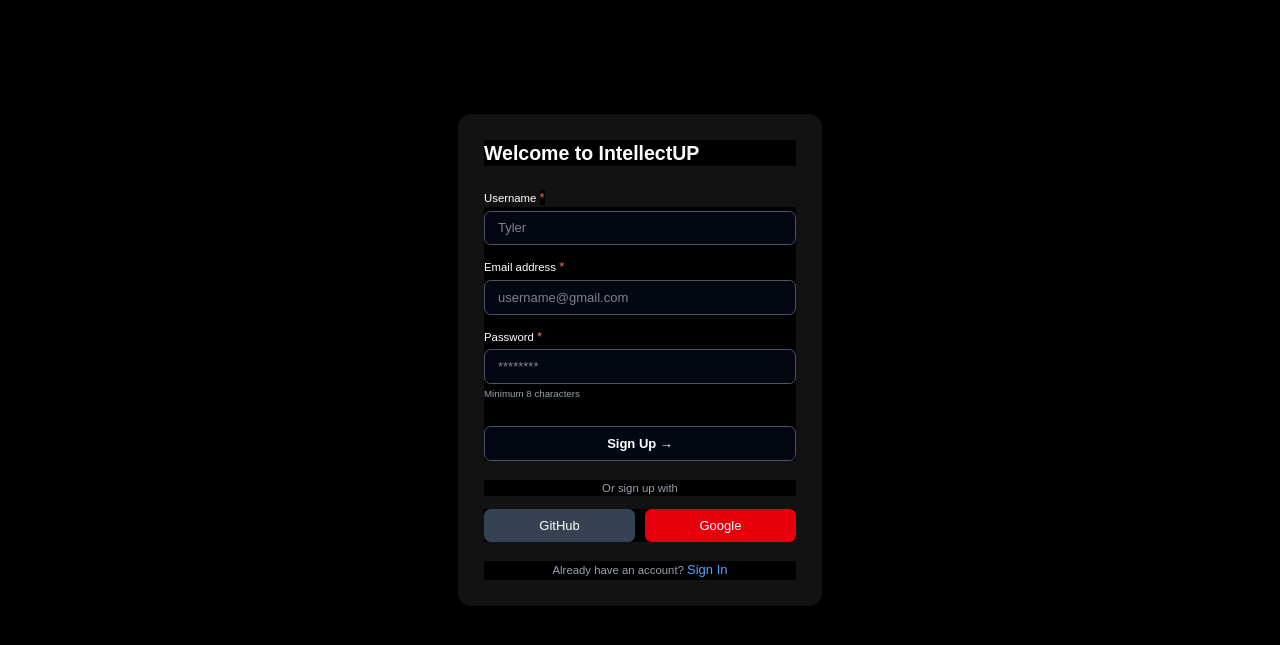
Repository: Meruem09/Briskly
Page: / (app in briskly/)
The author's editor kept a copy of each file at every save. The page is drawn from the files as they stood at one save, then again after the next save.
The browser window is 1280 px wide. The pictures show the whole page.
The page's requests for data from a server got no answer. The project was rebuilt for these pictures with package versions that can differ from the ones it lists, and the page was loaded fresh each time. Some packages were replaced by stand-ins written for this rebuild. No one was signed in, and anything a server would have sent is missing. Also part of the build but not shown: briskly/vite.config.js, briskly/src/component/SIgnInPage.jsx, briskly/src/component/Main.jsx, briskly/src/component/OnBoarding.jsx.

Above is the page before, as saved 2025-07-08 16:45:26.

After the next save:
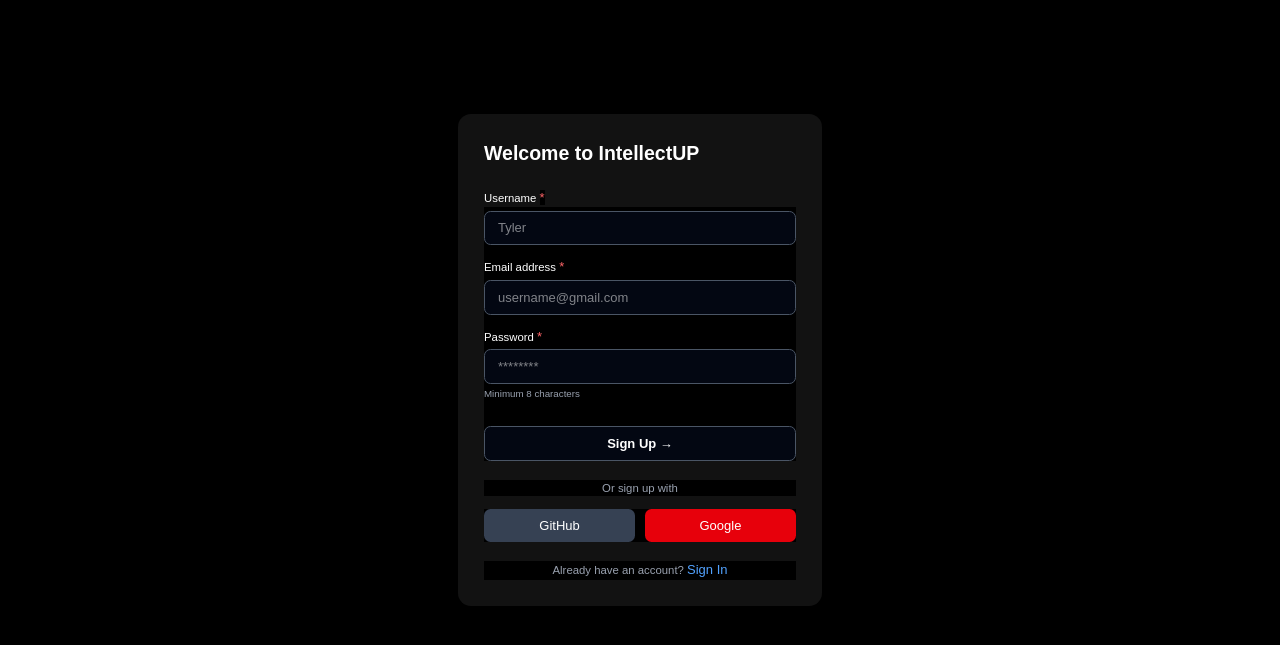
Saved 11 s later.
--- a/briskly/src/component/SignUpPage.jsx
+++ b/briskly/src/component/SignUpPage.jsx
@@ -203,7 +203,7 @@
   return (
     <div className="min-h-screen flex items-center justify-center bg-black text-white px-4">
       <div className="w-full max-w-md bg-[#121212] p-8 rounded-2xl shadow-lg">
-        <h2 className="text-2xl font-bold mb-1">Welcome to IntellectUP</h2>
+        <h2 className="text-2xl bg-[#121212] font-bold mb-1">Welcome to IntellectUP</h2>
         <br />
 
         <form onSubmit={handleSignUp} className="space-y-4">
